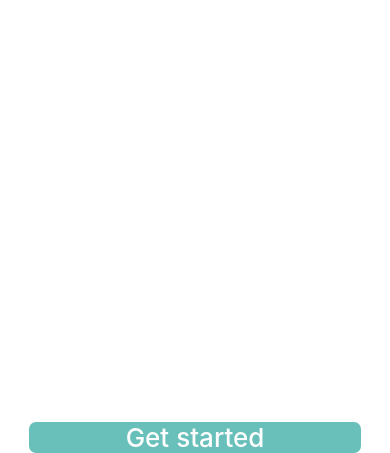
Repository: pheonixlegend/keleya
Screen: /Sign Up
An editor plug-in stored every save of this project. The screen is shown before and after the next save, followed by the edit.
The pictures show rows 422 to 875 of an output 875 px tall.
The app was drawn by React Native's web renderer in a window 390 px wide. The project was rebuilt for these pictures with package versions that can differ from the ones it lists, and the page was loaded fresh each time.

Above is the screen before, as saved 2021-10-01 02:06:57.

### App.tsx
import { StatusBar } from 'expo-status-bar';
import React from 'react';
import { StyleSheet, Text, View } from 'react-native';
import Home from './screens/Home';
import { NavigationContainer } from '@react-navigation/native';
import AppStack from './routes/AppStack';

export default function App() {
  return (
    <NavigationContainer>
      <AppStack />
    </NavigationContainer>
  );
}

const styles = StyleSheet.create({
  container: {
    flex: 1,
    backgroundColor: '#fff',
    alignItems: 'center',
    justifyContent: 'center',
  },
});

### routes/AppStack.tsx
import { createStackNavigator } from '@react-navigation/stack';
import { Image } from 'react-native';
import Home from '../screens/Home';
import ImageHeader from '../components/ImageHeader';
import SignUp from '../screens/SignUp';
import React from 'react';
import { Entypo } from '@expo/vector-icons';

const Stack = createStackNavigator();
    const appStack = () => {
        return (
            <Stack.Navigator
                screenOptions={{
                headerShown: false,
                headerTransparent: true,
                headerStyle: {
                  },
                  headerBackTitleStyle: {
                      opacity: 0,
                  },
                  headerTintColor: 'transparent'
                }}
            >
                <Stack.Screen name="Home" component={Home} />
                <Stack.Screen
                    name="Sign Up"
                    component={SignUp}
                    options={{
                        headerShown: true,
                        headerBackImage: ()=>(<Entypo name='arrow-left' size={22}
                        color="#4a4a4a" style={{ paddingLeft: '20%', marginTop: '-10%' }} />)
                    }}
                />
            </Stack.Navigator>
        )
    }
export default appStack

### screens/Home.tsx
import { StatusBar } from 'expo-status-bar';
import React from 'react';
import { StyleSheet, Text, View, Button, Image, SafeAreaView, ImageBackground, TouchableOpacity } from 'react-native';
import { Global } from '../styles/Global'

const Home = ({navigation}: {navigation: any}) => {
  const pressHandler = () => {
    navigation.push("Sign Up")
  }

  return (
    <ImageBackground source={require('../assets/images/first-intro-image.png')} style={styles.backgroundImage} >

    <SafeAreaView style={Global.container}>
      <StatusBar backgroundColor={'transparent'} translucent/>

      <View style={styles.imageContainer}>
        <Image source={require('../assets/images/keleya-logo.png')} style={styles.image} resizeMode="contain" />
      </View>

      <View style={styles.centeredView}>
        <Text style={styles.subText}>For a fit and relaxed pregnancy</Text>
      </View>

      <View style={styles.buttonContainer}>
      <TouchableOpacity style={styles.customBtnBGBottom} onPress={pressHandler}>
        <Text style={styles.customBtnTextBottom}>Get started</Text>
      </TouchableOpacity>


      <TouchableOpacity style={styles.customBtnBGBottom2} onPress={pressHandler}>
        <Text style={styles.customBtnTextBottom2}>Or login</Text>
      </TouchableOpacity>
      </View>
    </SafeAreaView>

    </ImageBackground>
  )
}

const styles = StyleSheet.create({
  imageContainer: {
    justifyContent: 'center',
    alignItems: 'center',
    height: '20%'
  },

  backgroundImage: {
    flex: 1,
    width: undefined,
    height: undefined,
    resizeMode: 'cover'
  },

  centeredView: {
    justifyContent: 'center',
    alignItems: 'center'
  },

  image: {
    width: '23%',
    height: '100%'
  },

  subText: {
    textAlign: 'center',
    fontSize: 24,
    fontWeight: "500",
    marginTop: '-3%',
    width: '53%',
    color: "#4a4a4a"
  },

  buttonContainer: {
    flex: 1,
    alignItems: 'center',
    height: '12.4%',
  },

  customBtnBGBottom: {
    backgroundColor: "#69c0ba",
    borderRadius: 7,
    width: '85%',
    height: '6.2%',
    position: 'absolute',
    bottom: 0,
    marginBottom: '23%',
    justifyContent: 'center',
    alignItems: 'center',
  },

  customBtnBGBottom2: {
    backgroundColor: "transparent",
    borderRadius: 7,
    width: '85%',
    position: 'absolute',
    bottom: 0,
    marginBottom: '10%',
    justifyContent: 'center',
    alignItems: 'center',
  },

  customBtnTextBottom: {
    fontSize: 26,
    fontWeight: "500",
    color: "#fff",
    textAlign: "center"
  },

  customBtnTextBottom2: {
    fontSize: 21,
    fontWeight: "600",
    color: "#4a4a4a",
    textAlign: "center"
  }

});

export default Home

### screens/SignUp.tsx
import { StatusBar } from 'expo-status-bar';
import React from 'react';
import { StyleSheet, Text, View, Button, Image, SafeAreaView, ImageBackground, TouchableOpacity } from 'react-native';
import { Global } from '../styles/Global';
import ImageHeader from '../components/ImageHeader';

const SignUp = ({navigation}: {navigation: any}) => {
  const pressHandler = () => {
    navigation.push("Home")
  }

 return (
    <SafeAreaView style={Global.container}>
      <StatusBar backgroundColor={'transparent'} translucent/>
      <ImageHeader/>
      <View style={styles.centeredView}>
        <Text style={styles.subText}>Add your details below to set up an account</Text>

      </View>
      <View style={styles.buttonContainer}>
          <TouchableOpacity style={styles.customBtnBGBottom} onPress={pressHandler}>
            <Text style={styles.customBtnTextBottom}>Get started</Text>
          </TouchableOpacity>
      </View>


    </SafeAreaView>
  )
}

const styles = StyleSheet.create({

  centeredView: {
    flex: 2,
    justifyContent: 'flex-start',
    alignItems: 'center',
    backgroundColor: 'white',
    marginTop: '80%',
    paddingLeft: '10%',
    paddingRight: '10%'
  },

  subText: {
    textAlign: 'center',
    fontSize: 25,
    width: '90%',
    fontWeight: "300",
    color: "#4a4a4a"
  },

  buttonContainer: {
    position: 'relative',
    alignItems: 'center',
    backgroundColor: 'white',
    width: '100%',
    bottom: 0
  },

  customBtnBGBottom: {
    backgroundColor: "#69c0ba",
    borderRadius: 7,
    width: '85%',
    position: 'absolute',
    justifyContent: 'center',
    alignItems: 'center'
  },

  customBtnTextBottom: {
    fontSize: 26,
    fontWeight: "500",
    color: "#fff",
    textAlign: "center"
  }

});

export default SignUp

### styles/Global.tsx
import { StyleSheet } from 'react-native';

export const Global = StyleSheet.create({
    container: {
        flex: 1,
        height: '100%',
        backgroundColor: 'transparent',
    }
})

### components/ImageHeader.tsx
import * as React from 'react';
import { Text, View, StyleSheet, Image, ImageBackground } from 'react-native';
import { Entypo } from '@expo/vector-icons';

export default function ImageHeader() {
  return (
      <Image source={require('../assets/images/authentication-background-image.jpg')} style={styles.image} resizeMode="cover">

    </Image>
  );
}

const styles = StyleSheet.create({
  image: {
    flex: 1,
    position: 'absolute',
    width: '100%',
    height: '50%'
  }
});

After the next save:
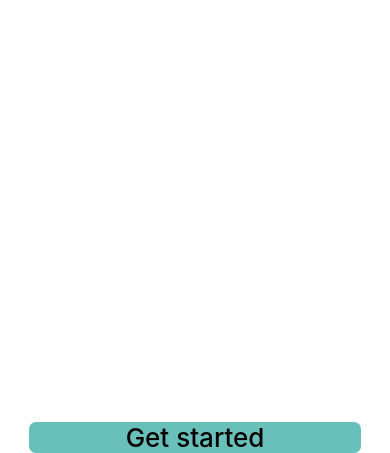
Saved 14 s later.
--- a/screens/SignUp.tsx
+++ b/screens/SignUp.tsx
@@ -68,7 +68,7 @@
   customBtnTextBottom: {
     fontSize: 26,
     fontWeight: "500",
-    color: "#fff",
+    color: "#fffffff",
     textAlign: "center"
   }
 

After the save that followed:
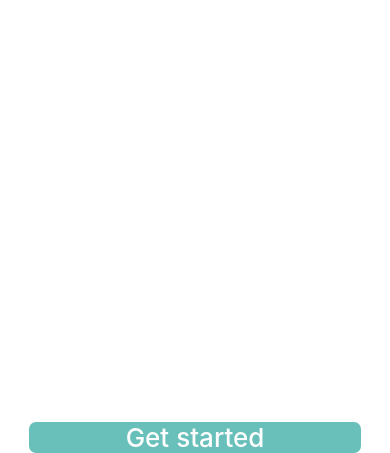
Saved 7 s later.
--- a/screens/SignUp.tsx
+++ b/screens/SignUp.tsx
@@ -68,7 +68,7 @@
   customBtnTextBottom: {
     fontSize: 26,
     fontWeight: "500",
-    color: "#fffffff",
+    color: "#ffff",
     textAlign: "center"
   }
 
